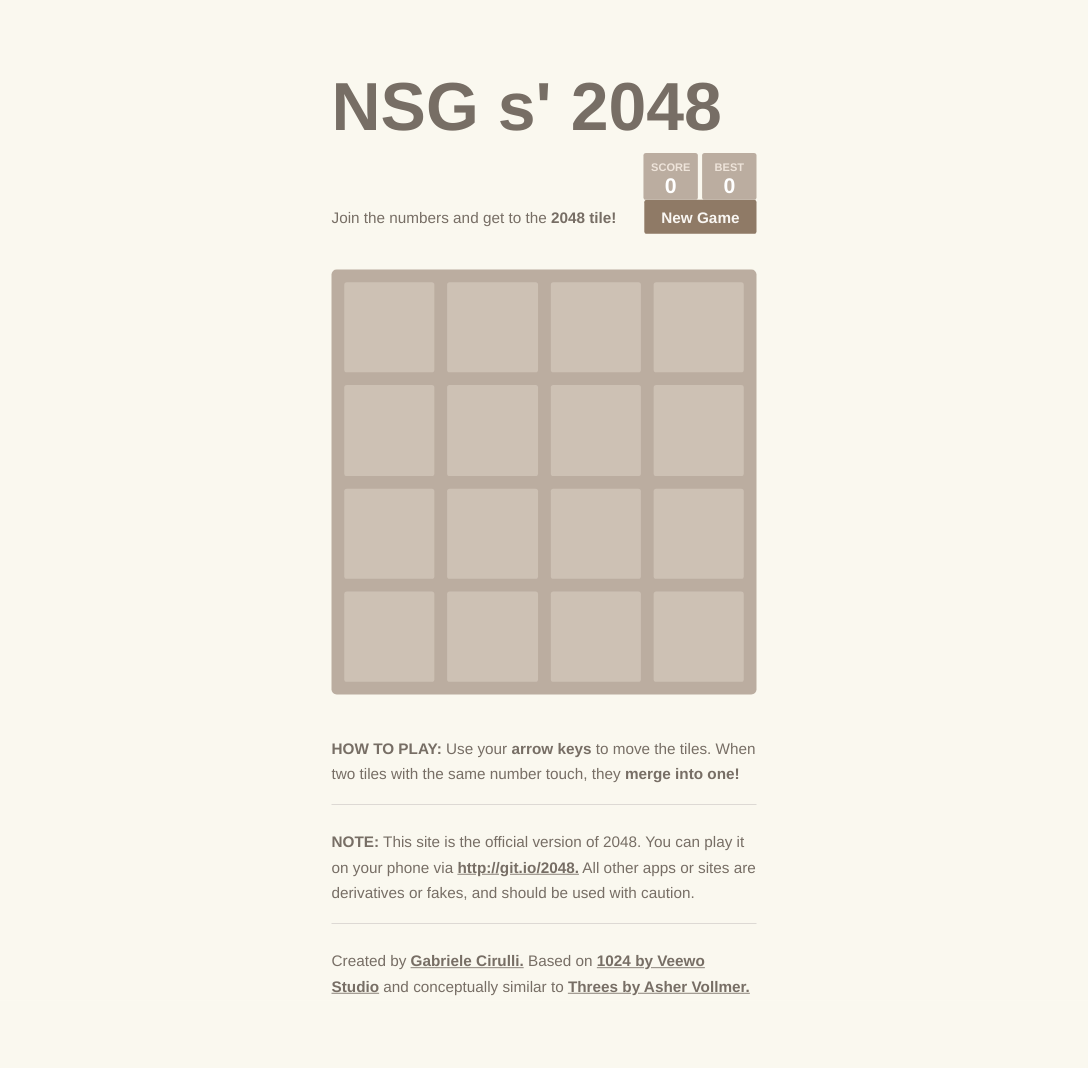
Repository: sahitigo/2048
Page: index.html
The author's editor kept a record of every edit. The page is drawn from the files as they stood at one moment, then again after the next edit.
The browser window is 1280 px wide. The pictures show the whole page, at 85% of full size.
Some web fonts or font styles are not loaded; a fallback is used.

Above is the page before.
Not found: js/application.js
Not found: js/game_manager.js
Not found: js/grid.js

After the next edit:
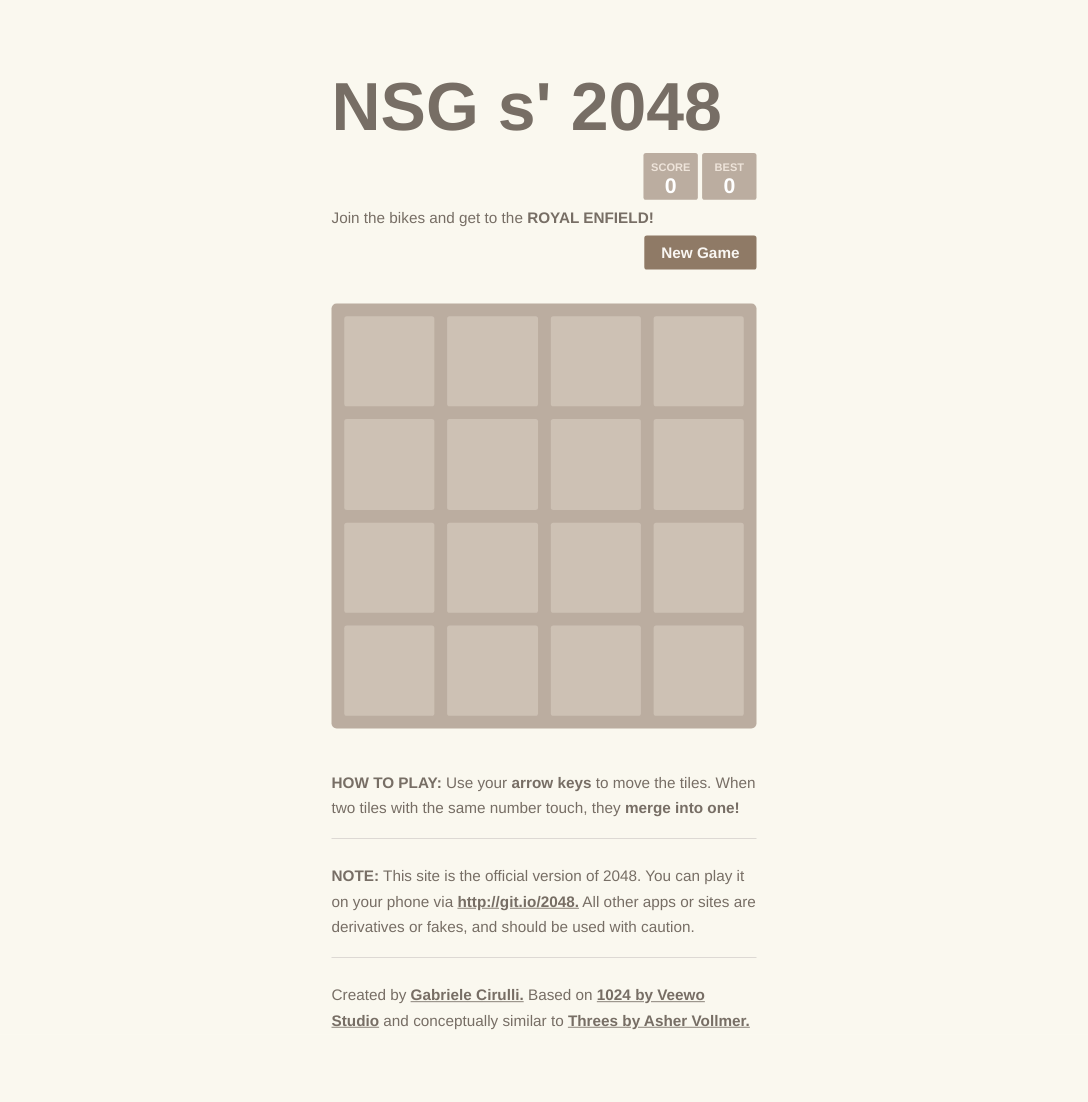
The edit:
--- a/index.html
+++ b/index.html
@@ -27,7 +27,7 @@
     </div>
 
     <div class="above-game">
-      <p class="game-intro">Join the numbers and get to the <strong>2048 tile!</strong></p>
+      <p class="game-intro">Join the bikes and get to the <strong>ROYAL ENFIELD!</strong></p>
       <a class="restart-button">New Game</a>
     </div>
 
